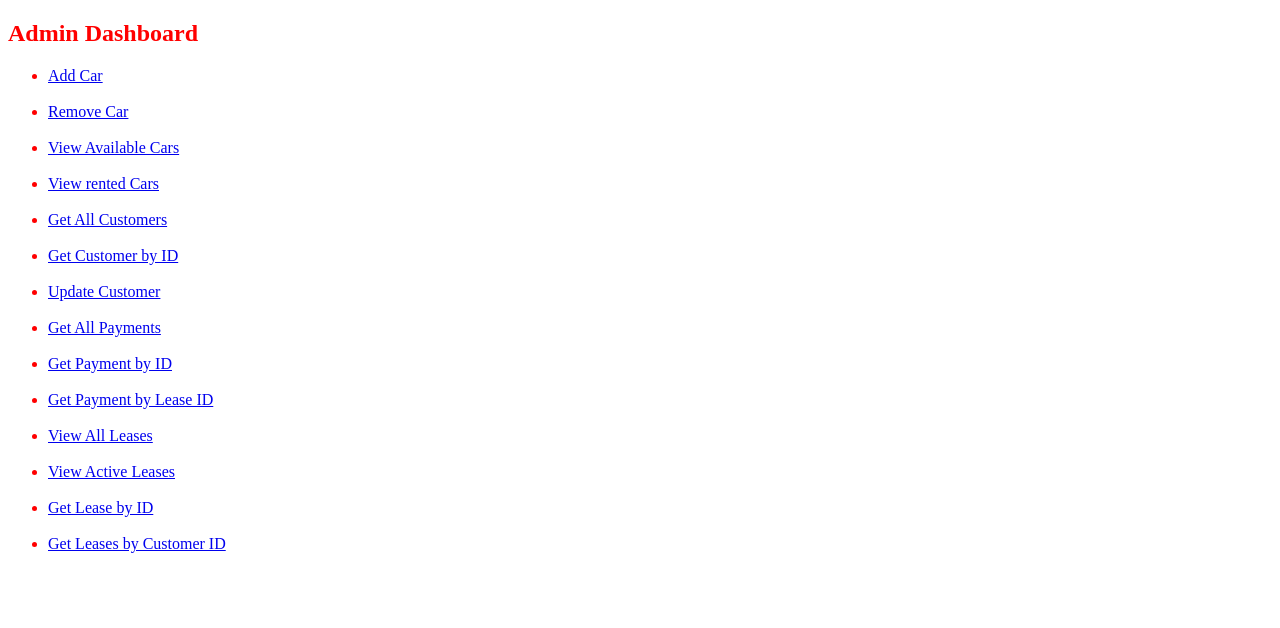
Repository: NirmalyaSatapathy/NirmalyaSatapathyProjects
Page: CarRental/CarRental/src/main/webapp/admin.html
The author's editor kept a copy of each file at every save. The page is drawn from the files as they stood at one save, then again after the next save.
The browser window is 1280 px wide. The pictures show the whole page.

Above is the page before, as saved 2025-05-05 06:19:32.

### CarRental/CarRental/src/main/webapp/admin.html
<!DOCTYPE html>
<html>
<head>
<meta charset="UTF-8">
<title>Insert title here</title>

</head>
<body style="color:red;">
 <h2>Admin Dashboard</h2>
    <ul>
        <li><a href="addCar.html">Add Car</a></li><br>
        <li><a href="removeCar.html">Remove Car</a></li><br>
        <li><a href="viewCar.html">View Available Cars</a></li><br>
        <li><a href="rented.html">View rented Cars</a></li><br>
        <li><a href="getAllCustomers.html">Get All Customers</a></li><br>
        <li><a href="getCustomerById.html">Get Customer by ID</a></li><br>
        <li><a href="updateCustomer.html">Update Customer</a></li><br>
        <li><a href="getAllPayments.html">Get All Payments</a></li><br>
        <li><a href="getPaymentsById.html">Get Payment by ID</a></li><br>
        <li><a href="getPaymentbyLease.html">Get Payment by Lease ID</a></li><br>
        <li><a href="allLeases.html">View All Leases</a></li><br>
        <li><a href="activeLeases.html">View Active Leases</a></li><br>
        <li><a href="getLease.html">Get Lease by ID</a></li><br>
        <li><a href="getLeaseCustomer.html">Get Leases by Customer ID</a></li><br>
    </ul>
</body>
</html>

After the next save:
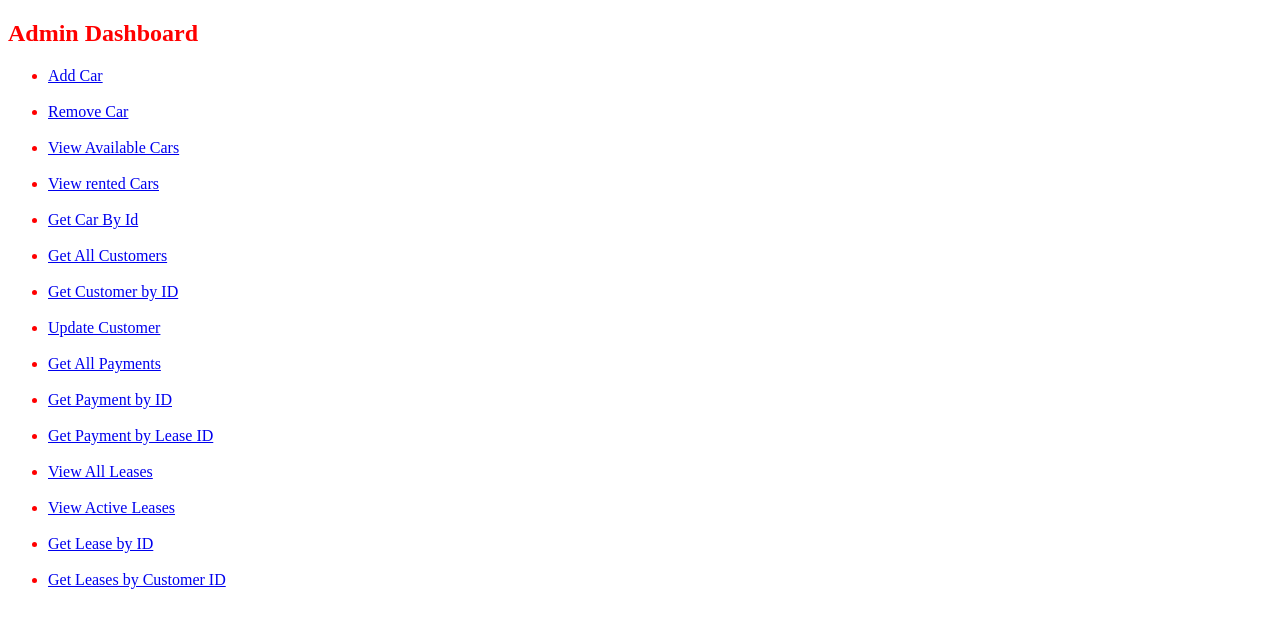
Saved 115 s later.
--- a/CarRental/CarRental/src/main/webapp/admin.html
+++ b/CarRental/CarRental/src/main/webapp/admin.html
@@ -12,6 +12,7 @@
         <li><a href="removeCar.html">Remove Car</a></li><br>
         <li><a href="viewCar.html">View Available Cars</a></li><br>
         <li><a href="rented.html">View rented Cars</a></li><br>
+        <li><a href="findCarId.html">Get Car By Id</a></li><br>
         <li><a href="getAllCustomers.html">Get All Customers</a></li><br>
         <li><a href="getCustomerById.html">Get Customer by ID</a></li><br>
         <li><a href="updateCustomer.html">Update Customer</a></li><br>
